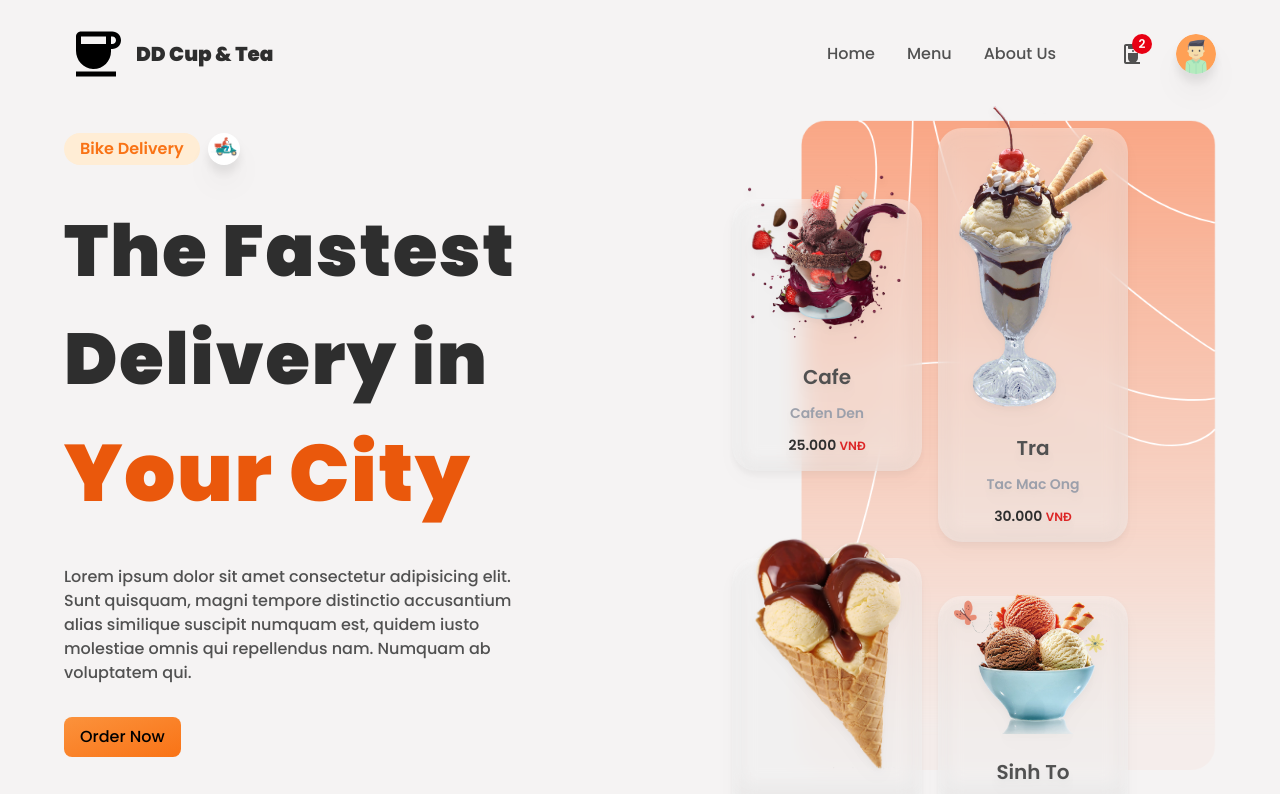
Repository: duongspm/ddcoffee
Page: /
The author's editor kept a copy of each file at every save. The page is drawn from the files as they stood at one save, then again after a run of saves.
The browser window is 1280 px wide. The pictures show the whole page.
An inner scrolling area shows only its first screen. The project was rebuilt for these pictures with package versions that can differ from the ones it lists, and the page was loaded fresh each time. Also part of the build but not shown: src/App.css, src/components/CreateContainer.jsx.

Above is the page before, as saved 2022-07-12 20:13:38.

After the next 3 saves:
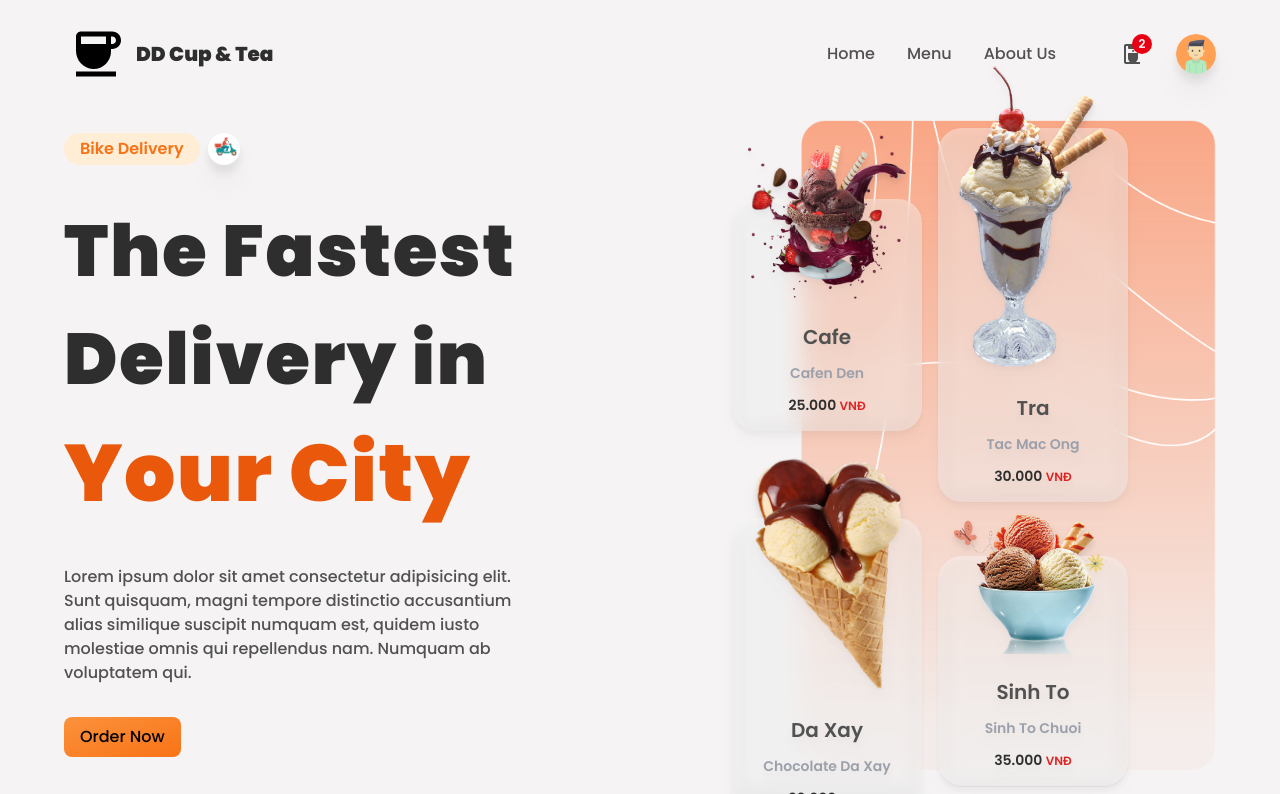
The 3 saves are shown as one change because they came seconds apart.
The last was saved 10 s later.
--- a/src/components/HomeContainer.jsx
+++ b/src/components/HomeContainer.jsx
@@ -23,7 +23,7 @@ const HomeContainer = () => {
                 <div className='w-full h-full absolute flex items-center justify-center top-0 left-0 py-4 gap-4 flex-wrap'>
                     {heroData && heroData.map(n => (
                         <div key={n.id} className='w-190 bg-cardOverlay backdrop-blur-md p-4 rounded-3xl flex flex-col items-center justify-center lg:w-190 drop-shadow-lg'>
-                        <img src={n.imageSrc} className='w-20 lg:w-40 -mt-10' alt='i1'/>
+                        <img src={n.imageSrc} className='w-20 lg:w-40 -mt-10 lg:-mt-20' alt='i1'/>
                         <p className='text-xl font-semibold text-textColor mt-6'>{n.name}</p>
                         <p className='text-sm font-semibold text-lighttextGray my-3'>{n.decp}</p>
                         <p className='text-sm font-semibold text-headingColor'>{n.price} <span className='text-xs text-red-600'>VNĐ</span></p>
